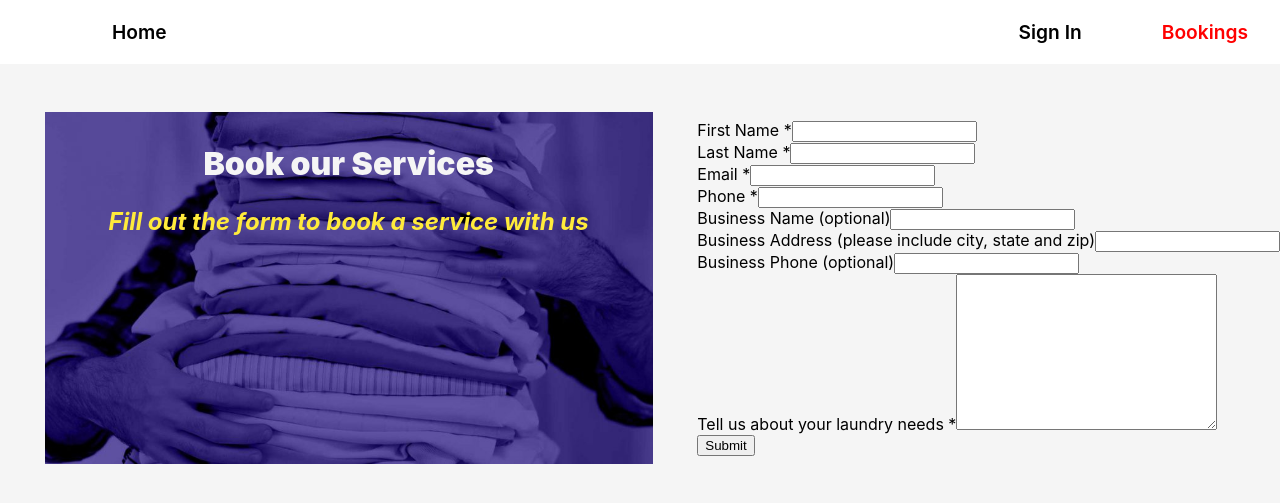
Repository: MikkyPrestige/fake-user-authentication
Page: /booking
An editor plug-in stored every save of this project. The page is shown before and after the next save, followed by the edit.
The browser window is 1280 px wide. The pictures show the whole page.
The project was rebuilt for these pictures with package versions that can differ from the ones it lists, and the page was loaded fresh each time. Also part of the build but not shown: src/assets/styles/home.css, src/components/home.jsx.

Above is the page before, as saved 2022-11-20 03:16:48.

After the next save:
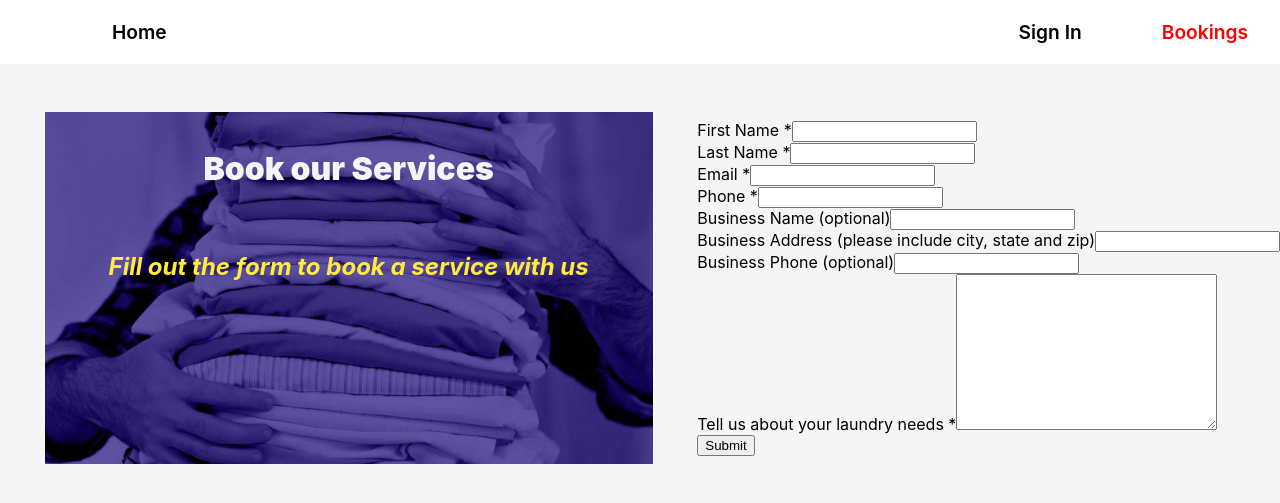
Saved 12 s later.
--- a/src/assets/styles/booking.css
+++ b/src/assets/styles/booking.css
@@ -26,7 +26,7 @@
   font-size: 2rem;
   font-weight: 900;
   color: #f5f5f5;
-  margin-top: 1rem;
+  margin-bottom: 4rem;
 }
 
 .booking__description {
